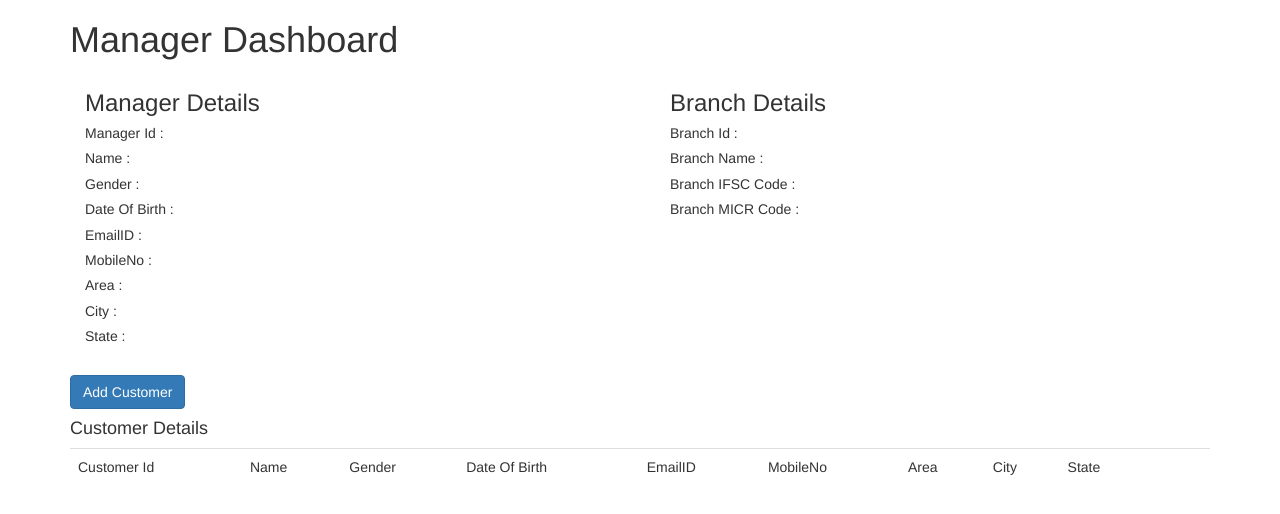
Repository: Shubham-Gawade/SpringHibernateTraining
Page: http://localhost/xorbankonline/WEB-INF/pages/managerhome.jsp
The author's editor kept a copy of each file at every save. The page is drawn from the files as they stood at one save, then again after the next save.
The browser window is 1280 px wide. The pictures show the whole page.
The page is served by Tomcat 9. Nobody is signed in. The template is opened directly, without the code that normally fills it, so the values that code supplies are empty.

Above is the page before, as saved 2021-10-07 08:38:41.

After the next save:
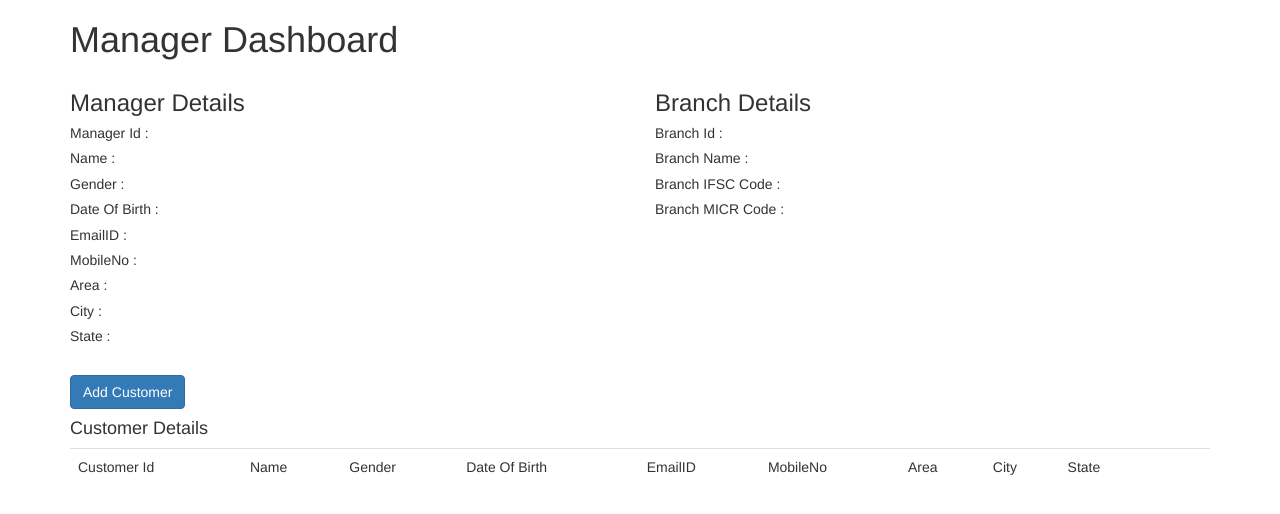
Saved 18 s later.
--- a/xorbankonline/src/main/webapp/WEB-INF/pages/managerhome.jsp
+++ b/xorbankonline/src/main/webapp/WEB-INF/pages/managerhome.jsp
@@ -15,8 +15,7 @@
 </script></head>
 <body class="container">
 	<h1>Manager Dashboard</h1>
-	<div class="container">
-		<div class="row">
+	<div class="row">
 			<div class="col-md-6">
 				<h3>Manager Details</h3>
 				<h5>Manager Id : ${manager.personId}</h5>
@@ -37,7 +36,6 @@
 				<h5>Branch MICR Code : ${manager.branch.micrCode}</h5>
 			</div>
 		</div>
-	</div>
 	<br/>
 	<a href="addCustomer"><button class="btn btn-primary">Add Customer</button></a>
 	<br/>
